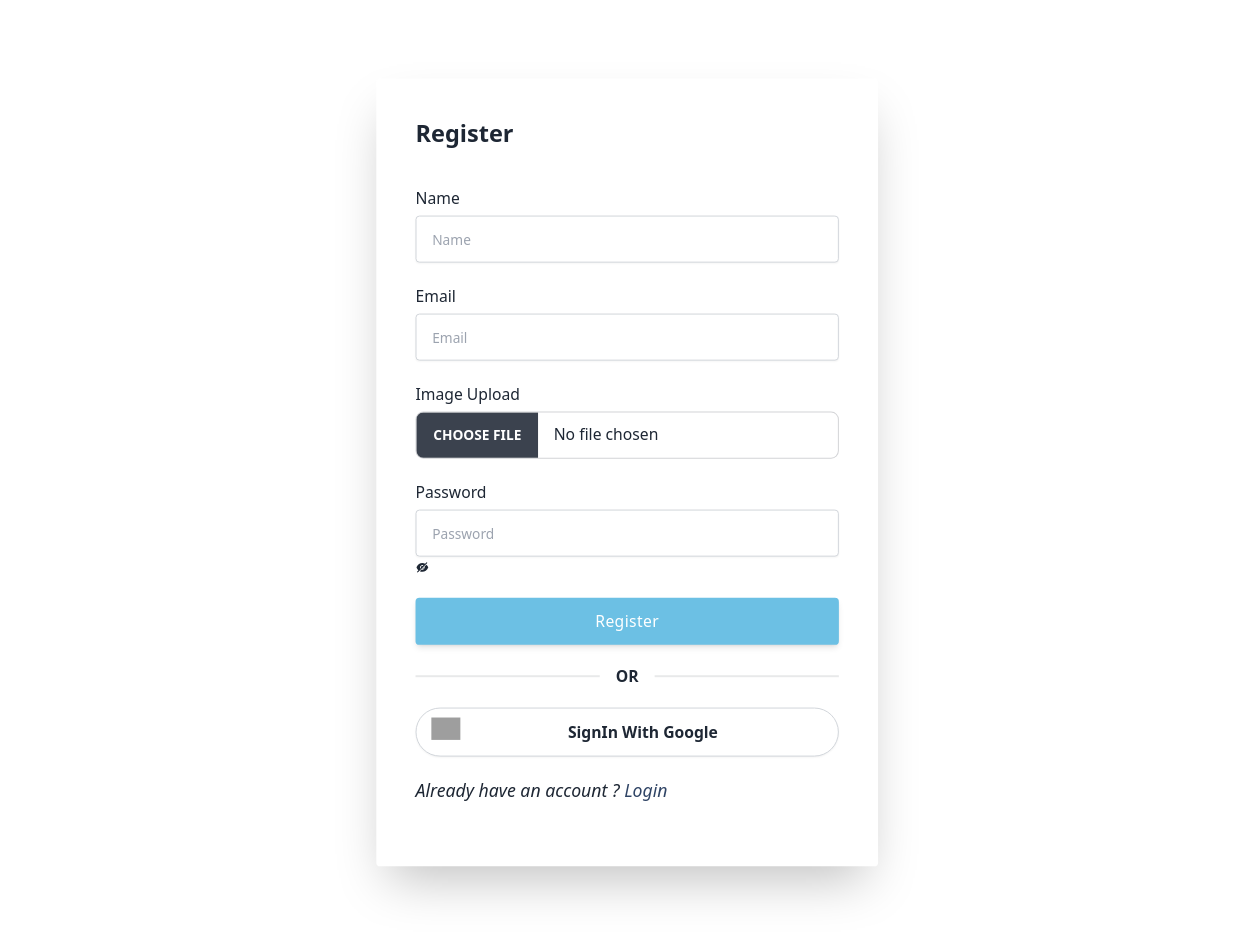
Repository: mdrubel02/Tone-Tutors-client
Page: /register
An editor plug-in stored every save of this project. The page is shown before and after the next save, followed by the edit.
The browser window is 1280 px wide. The pictures show the whole page, at 98% of full size.
Pictures or frames that could not be fetched are drawn as grey boxes. The page's requests for data from a server got no answer. The project was rebuilt for these pictures with package versions that can differ from the ones it lists, and the page was loaded fresh each time. No one was signed in, and anything a server would have sent is missing. Also part of the build but not shown: vite.config.js, src/Pages/Shared/Header/Header.css, src/Pages/Shared/Header/Header.jsx, src/Pages/Home/Home.jsx, src/User/Login.jsx, src/Pages/Shared/Errorpage/Errorpage.jsx, src/Pages/Dashboard/Dashboard.jsx, src/Layout/DashboardLayout.jsx.

Above is the page before, as saved 2023-06-09 12:07:27.

### src/main.jsx
import React from 'react'
import ReactDOM from 'react-dom/client'
import './index.css'
import { RouterProvider } from 'react-router-dom'
import router from './Layout/Route/router'
import AuthProvider from './Context/AuthProvider'

ReactDOM.createRoot(document.getElementById('root')).render(
  <React.StrictMode>
    <AuthProvider>
      <RouterProvider router={router} />
    </AuthProvider>
  </React.StrictMode>,
)

### src/Layout/Route/router.jsx
import { createBrowserRouter } from "react-router-dom";
import Main from "../Main";
import Home from "../../Pages/Home/Home";
import Register from "../../User/Register";
import Login from "../../User/Login";
import Errorpage from "../../Pages/Shared/Errorpage/Errorpage";
import Dashboard from "../../Pages/Dashboard/Dashboard";
import DashboardLayout from "../DashboardLayout";


const router = createBrowserRouter([{
    path: '/',
    errorElement: <Errorpage />,
    element: <Main />,
    children: [
        { path: '/', element: <Home /> },
        { path: '/home', element: <Home /> },
        { path: '/register', element: <Register /> },
        { path: '/login', element: <Login /> },
    ]
},
{
    path: '/dashboard',
    element: <DashboardLayout />,
    errorElement: <Errorpage />,
    children: [
        { path: '/dashboard', element: <Dashboard /> }
    ]
}
]);
export default router;

### src/Context/AuthProvider.jsx
import React, { createContext, useEffect, useState } from 'react';
import app from '../firebase/firebase.config';
import {createUserWithEmailAndPassword, getAuth, GoogleAuthProvider, onAuthStateChanged, signInWithEmailAndPassword, signInWithPopup, signOut, updateProfile} from 'firebase/auth'

export const AuthContext=createContext()
const AuthProvider = ({children}) => {
    const [user,setUser] = useState(null)
    const [productRefetch,setProductRefetch] = useState()
    const [loading,setLoading] = useState(true)
    const auth = getAuth(app)
    const googleProvider = new GoogleAuthProvider()

    // create user account
    const createUser =(email,password)=>{
        setLoading(true)
        return createUserWithEmailAndPassword(auth,email,password)
    }

    // user signin
    const userSignIn=(email,password)=>{
        setLoading(true)
        return signInWithEmailAndPassword(auth,email,password)
    }

    // update user profile
    const updateUserProfile=(profile)=>{
        setLoading(true)
        return updateProfile(auth.currentUser,profile)
    }

    // google signin
    const signInGoogle=()=>{
        setLoading(true)
        return signInWithPopup(auth,googleProvider)
    }


    // logout
    const logOut=()=>{
        localStorage.removeItem('furniture-token')
        return signOut(auth)
    }

    useEffect(()=>{
        const unsubscribe = onAuthStateChanged(auth,currentUser=>{
            setUser(currentUser)
            console.log(currentUser, 'user there');
            setLoading(false)
        })
        return ()=>unsubscribe()
    },[])


    const value={
        user,
        loading,
        setLoading,
        signInGoogle,
        createUser,
        userSignIn,
        updateUserProfile,
        logOut,
        productRefetch,setProductRefetch
    }
    return (
        <div>
            <AuthContext.Provider value = {value}>
                {children}
            </AuthContext.Provider>
        </div>
    );
};

export default AuthProvider;

### src/Layout/Main.jsx
import React from 'react';
import { Outlet, useLocation } from 'react-router-dom';
import Header from '../Pages/Shared/Header/Header';

const Main = () => {
    const location = useLocation();

    const noHeaderFooter = location.pathname.includes('/login') || location.pathname.includes('/register');
    return (
        <>
            { noHeaderFooter || <Header />}
            <Outlet></Outlet>
        </>
    );
};

export default Main;

### src/User/Register.jsx
import React, { useContext, useState } from 'react';
import { AuthContext } from '../Context/AuthProvider';
import SocialLogin from './SocialLogin';
import { Link, useNavigate } from 'react-router-dom';
import { useTitle } from '../Hooks/useTitle';
import { dbUser } from '../Api/user';
import { useForm } from 'react-hook-form';
import { imageUpload } from '../Api/imageUpload';
import { AiFillEyeInvisible} from 'react-icons/ai';

const Register = () => {
    useTitle('Register')
    const [load, setLoad] = useState(false)
    const { register, handleSubmit, reset, formState: { errors } } = useForm();
    const navigate = useNavigate()
    const {
        createUser,
        updateUserProfile,
        logOut
    } = useContext(AuthContext)

    const createUserHandle = (data) => {
        setLoad(true)
        const name = data.name
        const email = data.email
        const password = data.password
        const image = data.image[0]

        const formData = new FormData()
        formData.append('image', image)

        imageUpload(formData)
            .then(data => {
                if (data.success) {
                    reset()
                    const photo = data.data.display_url
                    createUser(email, password)
                        .then(result => {
                            const profile = {
                                displayName: name,
                                photoURL: photo
                            }
                            updateUserProfile(profile)
                                .then(result => {
                                    const user = {
                                        name,
                                        email,
                                        image: photo
                                    }
                                    dbUser(user)
                                        .then(data => {
                                            console.log(data);
                                           navigate('/')
                                        }
                                        )
                                        .catch(error => {
                                            setLoad(false)
                                        })
                                })
                                .catch(error => {
                                    setLoad(false)
                                })
                        })
                        .catch(error => {
                            setLoad(false)
                            toast.error(error.message, { duration: 1200 })
                        })
                }
            })
            .catch(error => {
                setLoad(false)
            })

    }
    return (
        <div className="bg-opacity-75">
            <div className="px-4 py-16 mx-auto sm:max-w-xl md:max-w-full lg:max-w-screen-xl md:px-24 lg:px-8 lg:py-20">
                <div className="flex flex-col items-center justify-between xl:flex-row">
                    <div className="w-full max-w-xl xl:px-8 xl:w-6/12 m-auto">
                        <div className="bg-white rounded shadow-2xl p-7 sm:p-10">
                            <div className='flex justify-between mb-4'>
                                <h3 className="mb-4 text-xl font-semibold sm:text-center sm:mb-6 sm:text-2xl">
                                    Register
                                </h3>
                            </div>
                            <form onSubmit={handleSubmit(createUserHandle)} className="space-y-6 ng-untouched ng-pristine ng-valid">
                                <div className="space-y-1 text-sm">
                                    <label htmlFor="name" className="block mb-1 font-medium text-[16px]">Name</label>
                                    <input {...register("name", { required: "Name is required!" })} type="text" placeholder="Name" className="outline-none flex-grow w-full h-12 px-4 mb-2 transition duration-200 bg-white border border-gray-300 rounded shadow-sm " />
                                    {errors?.name && <p className='text-red-600'>{errors.name?.message}</p>}
                                </div>
                                <div className="space-y-1 text-sm">
                                    <label htmlFor="email" className="block mb-1 font-medium text-[16px]">Email</label>
                                    <input {...register("email", {
                                        required: "Email is required",
                                        pattern: { value: /\S+@\S+\.\S+/, message: 'Email is not valid!' }
                                    })} type="text" placeholder="Email" className="outline-none flex-grow w-full h-12 px-4 mb-2 transition duration-200 bg-white border border-gray-300 rounded shadow-sm " />
                                    {errors?.email && <p className='text-red-600'>{errors?.email.message}</p>}
                                </div>
                                <div className="space-y-1 text-sm">
                                    <label htmlFor="image" className="block mb-1 font-medium text-[16px]">Image Upload</label>
                                    <input {...register("image", { required: "image is required!" })} placeholder="Upload Image" type="file" className="file-input file-input-bordered w-full " />
                                    {errors?.image && <p className='text-red-600'>{errors?.image.message}</p>}
                                </div>
                                <div className="space-y-1 text-sm">
                                    <label htmlFor="password" className="block mb-1 font-medium text-[16px]">Password</label>
                                    <input {...register("password", {
                                        required: "Password is required!",
                                        pattern: { value: /(?=.*[!@#$&*])/, message: 'password should be minimum one special character' },
                                        minLength: { value: 6, message: 'password should be must 6 characters' }
                                    })} type="password" placeholder="Password" className="outline-none flex-grow w-full h-12 px-4 mb-2 transition duration-200 bg-white border border-gray-300 rounded shadow-sm"  />
                                    <AiFillEyeInvisible />
                                    {errors?.password && <p className='text-red-600'>{errors?.password.message}</p>}
                                </div>
                                <button type="submit" className="inline-flex items-center justify-center w-full h-12 px-6 font-medium tracking-wide text-white transition duration-200 rounded shadow-md bg-primary-focus">
                                    {
                                        load ? <span className='border-2 border-dashed border-white animate-spin w-7 h-7 rounded-full'></span> : ' Register'
                                    }
                                </button>
                            </form>
                            <SocialLogin></SocialLogin>
                            <Link to="/login" className="mb-4 sm:text-center sm:mb-6 italic  mt-5 inline-block text-lg">
                                Already have an account ? <span className='text-primary'>Login</span>
                            </Link>
                        </div>
                    </div>
                </div>
            </div>
        </div>

    );
};

export default Register;

### src/firebase/firebase.config.jsx
import { initializeApp } from "firebase/app";
const firebaseConfig = {
    apiKey:import.meta.env.VITE_APP_API_KEY,
    authDomain:import.meta.env.VITE_APP_AUTH_DOMAIN,
    projectId:import.meta.env.VITE_APP_PROJECT_ID,
    storageBucket:import.meta.env.VITE_APP_STORAGE_BUCKET,
    messagingSenderId:import.meta.env.VITE_APP_MESSAGING_SENDER_ID,
    appId: import.meta.env.VITE_APP_APP_ID
};

// Initialize Firebase
const app = initializeApp(firebaseConfig);
export default app;

### src/User/SocialLogin.jsx
import React, { useContext } from 'react';
import { dbUser } from '../Api/user';
import { useNavigate } from 'react-router-dom';
import { AuthContext } from '../Context/AuthProvider';

const SocialLogin = () => {
    const {signInGoogle} = useContext(AuthContext)
    const navigate=useNavigate()

    const signWithGoogleHandle=()=>{
        signInGoogle()
        .then(result=>{
            const User = result.user
            const {email,displayName,photoURL} = User
            const user = {
                name:displayName,
                email:email,
                image:photoURL,
            }
            dbUser(user)
            .then(data=>{
                if(data.accessToken){
                    navigate(from?(from,{replace:true}) : '/')
                }
            })
            .catch(error=>console.log(error))
        })
        .catch(error=>console.log(error.message))
    }

    return (
        <div className='mt-6'>
        <div className="divider font-semibold my-6">OR</div>
         <div className='relative'>

            <div className='absolute left-4 top-[20%] text-black' >
                <img src="https://i.ibb.co/GW2pwSv/google.png" alt="" className='w-[30px]' />
            </div>
            <button
            onClick={signWithGoogleHandle}
            className="py-3 w-full bg-white border border-gray-300 rounded-full shadow-sm flex-grow px-4   font-semibold  outline-none pl-12 bg-none"
            >SignIn With Google</button>
        </div>
    </div>
    );
};

export default SocialLogin;

### src/Hooks/useTitle.js
import { useEffect } from "react"

export const useTitle=(title)=>{
    useEffect(()=>{
        document.title=`${title}-Furnitare`
    },[title])
}

### src/Api/user.jsx
export const dbUser=async(user)=>{
    const res= await fetch(`http://localhost:5000/users`,{
        method:'POST',
        headers:{
            'content-type':'application/json',
        },
        body:JSON.stringify(user)
    })
    const data = await res.json()
    console.log(data);
    return data
}

### src/Api/imageUpload.jsx

export const imageUpload=async(formData)=>{
    const res = await fetch(`https://api.imgbb.com/1/upload?expiration=600&key=${import.meta.env.VITE_IMAGE_UPLOAD}`,{
     method:'POST',
     body: formData
    })
    const data = await res.json()
    return data
 }

### tailwind.config.js
/** @type {import('tailwindcss').Config} */
export default {
  content: [
    "./index.html",
    "./src/**/*.{js,ts,jsx,tsx}",
  ],
  daisyui: {
    themes: [
      {
        'light': {
           'primary' : '#304566',
           'primary-focus' : '#6EC1E4',
           'primary-content' : '#ffffff',

           'secondary' : '#FFA1AC',
           'secondary-focus' : '#FFD3BD',
           'secondary-content' : '#ffffff',

           'accent' : '#37cdbe',
           'accent-focus' : '#2ba69a',
           'accent-content' : '#ffffff',

           'neutral' : '#3b424e',
           'neutral-focus' : '#2a2e37',
           'neutral-content' : '#ffffff',

           'base-100' : '#ffffff',
           'base-200' : '#f9fafb',
           'base-300' : '#ced3d9',
           'base-content' : '#1e2734',

           'info' : '#1c92f2',
           'success' : '#009485',
           'warning' : '#ff9900',
           'error' : '#ff5724',

          '--rounded-box': '1rem',
          '--rounded-btn': '.5rem',
          '--rounded-badge': '1.9rem',

          '--animation-btn': '.25s',
          '--animation-input': '.2s',

          '--btn-text-case': 'uppercase',
          '--navbar-padding': '.5rem',
          '--border-btn': '1px',
        },
      },
    ],
  },
  plugins: [require("daisyui")],
}

Loaded but not shown: index.html (common file); src/index.css (common file)

After the next save:
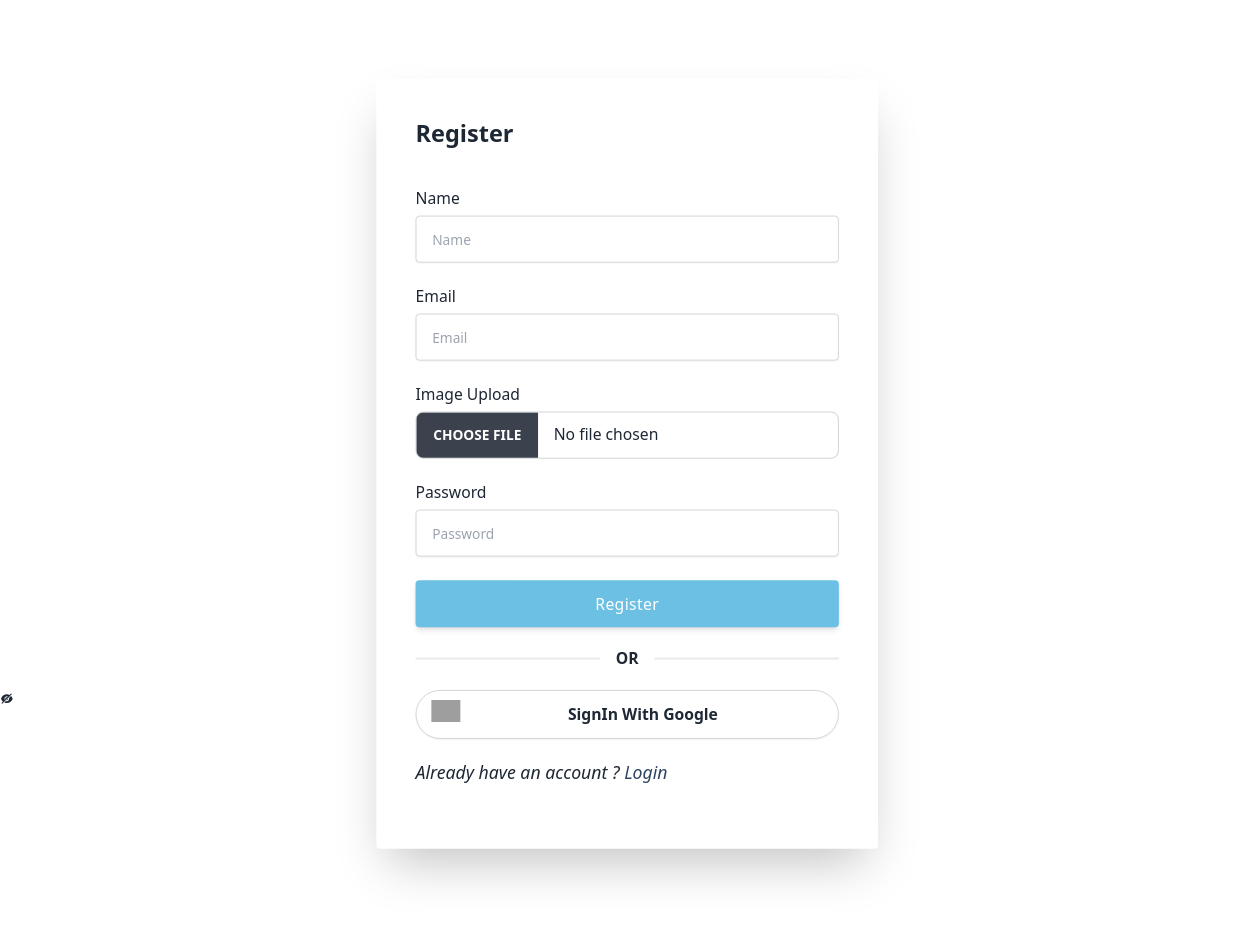
Saved 2 min 1 s later.
--- a/src/User/Register.jsx
+++ b/src/User/Register.jsx
@@ -108,8 +108,8 @@ const Register = () => {
                                         required: "Password is required!",
                                         pattern: { value: /(?=.*[!@#$&*])/, message: 'password should be minimum one special character' },
                                         minLength: { value: 6, message: 'password should be must 6 characters' }
-                                    })} type="password" placeholder="Password" className="outline-none flex-grow w-full h-12 px-4 mb-2 transition duration-200 bg-white border border-gray-300 rounded shadow-sm"  />
-                                    <AiFillEyeInvisible />
+                                    })} type="password" placeholder="Password" className="outline-none flex-grow w-full h-12 px-4 mb-2 transition duration-200 bg-white border border-gray-300 rounded shadow-sm relative"  />
+                                    <AiFillEyeInvisible className='absolute bottom-0 left-0'/>
                                     {errors?.password && <p className='text-red-600'>{errors?.password.message}</p>}
                                 </div>
                                 <button type="submit" className="inline-flex items-center justify-center w-full h-12 px-6 font-medium tracking-wide text-white transition duration-200 rounded shadow-md bg-primary-focus">
